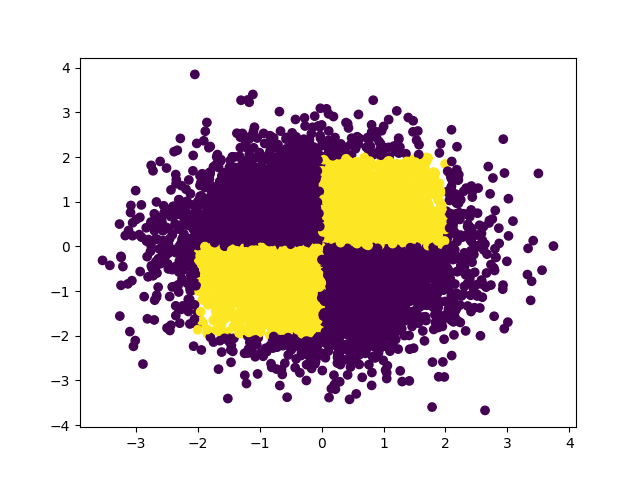
Repository: moein1379/DeepLearning
Script's output: python pandaExercise.py
An editor plug-in stored every save of this project. The script's output is shown before and after the next save, followed by the edit.
Random numbers start from a fixed seed.

Above is the script's output before, as saved 2021-03-04 16:20:46.

### pandaExercise.py
import pandas as pd
import matplotlib.pyplot as plt
import numpy as np
def q2(n):
    x = np.random.randn(n)
    y = np.random.randn(n)
    color = []
    for i in range(n):
        if((0<=x[i]<=2 and 0<=y[i]<=2) or (-2<=x[i]<=0 and -2<=y[i]<=0)):
            color.append(1)
        #if((1<x[i]<2 and 1<y[i]<2) and (-2<x[i]<-1 and -2<y[i]<-1)):
        else:
            color.append(0)
    plt.scatter(x,y,c=color)
    plt.show()
q2(10000)

After the next save:
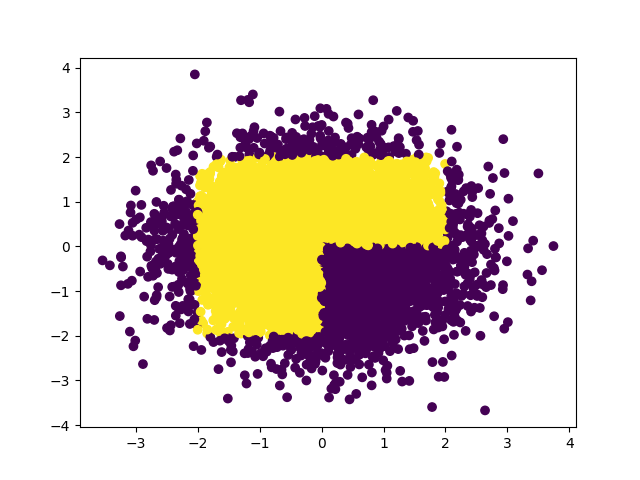
Saved 33 s later.
--- a/pandaExercise.py
+++ b/pandaExercise.py
@@ -6,7 +6,7 @@ def q2(n):
     y = np.random.randn(n)
     color = []
     for i in range(n):
-        if((0<=x[i]<=2 and 0<=y[i]<=2) or (-2<=x[i]<=0 and -2<=y[i]<=0)):
+        if((-2<=x[i]<=2 and 0<=y[i]<=2) or (-2<=x[i]<=0 and -2<=y[i]<=0)):
             color.append(1)
         #if((1<x[i]<2 and 1<y[i]<2) and (-2<x[i]<-1 and -2<y[i]<-1)):
         else:
